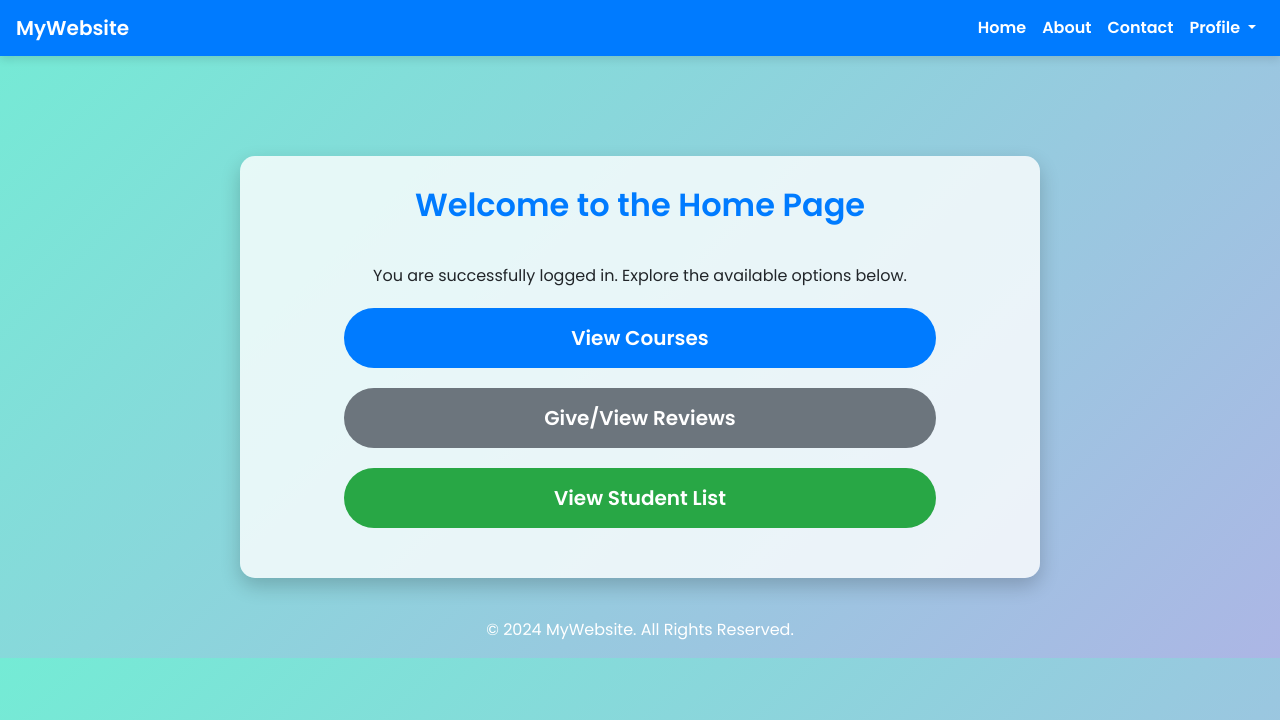
Repository: Jagadeesh5242/ERP
Page: http://localhost/home
An editor plug-in stored every save of this project. The page is shown before and after the next save, followed by the edit.
The browser window is 1280 px wide. The pictures show the whole page.
Some web libraries are served in a nearby version. The page is this project's Thymeleaf template; nobody is signed in. The template is opened directly, without the code that normally fills it, so the values that code supplies are empty.

Above is the page before, as saved 2024-09-25 05:41:27.

### Student-Database-Management-System-using-JAVA-Spring-Boot-master/src/main/resources/templates/home.html
<!DOCTYPE html>
<html lang="en" xmlns:th="http://www.thymeleaf.org">

<head>
    <meta charset="UTF-8">
    <meta name="viewport" content="width=device-width, initial-scale=1.0">
    <title>Home</title>
    <link rel="stylesheet" href="https://stackpath.bootstrapcdn.com/bootstrap/4.2.1/css/bootstrap.min.css"
        integrity="sha384-GJzZqFGwb1QTTN6wy59ffF1BuGJpLSa9DkKMp0DgiMDm4iYMj70gZWKYbI706tWS" crossorigin="anonymous">

    <!-- Google Fonts -->
    <link href="https://fonts.googleapis.com/css2?family=Poppins:wght@400;600&display=swap" rel="stylesheet">

    <style>
        body {
            background: linear-gradient(135deg, #74ebd5, #ACB6E5);
            font-family: 'Poppins', sans-serif;
        }

        .navbar {
            background-color: #007bff;
            box-shadow: 0 4px 8px rgba(0, 0, 0, 0.1);
        }

        .navbar-brand,
        .nav-link {
            color: #fff !important;
            font-weight: 600;
        }

        .navbar-brand:hover,
        .nav-link:hover {
            color: #f1f1f1 !important;
        }

        .container {
            margin-top: 100px;
            max-width: 800px;
            background-color: rgba(255, 255, 255, 0.8);
            border-radius: 15px;
            padding: 30px;
            box-shadow: 0 8px 20px rgba(0, 0, 0, 0.2);
            text-align: center;
        }

        h2 {
            color: #007bff;
            margin-bottom: 40px;
            font-weight: 600;
        }

        .btn-custom {
            display: block;
            width: 80%;
            margin: 20px auto;
            padding: 15px;
            font-size: 20px;
            border-radius: 50px;
            font-weight: 600;
            transition: background 0.3s ease;
        }

        .btn-custom:hover {
            background-color: #0056b3 !important;
            color: #fff !important;
        }

        .btn-primary {
            background-color: #007bff;
            border: none;
        }

        .btn-secondary {
            background-color: #6c757d;
            border: none;
        }

        .btn-success {
            background-color: #28a745;
            border: none;
        }

        .footer {
            margin-top: 40px;
            color: #fff;
        }

        .dropdown-menu {
            background-color: #f8f9fa;
            border-radius: 5px;
            box-shadow: 0 4px 8px rgba(0, 0, 0, 0.1);
        }

        .dropdown-item {
            color: #007bff;
            font-weight: 500;
        }

        .dropdown-item:hover {
            background-color: #e9ecef;
            color: #0056b3;
        }
    </style>
</head>

<body>

    <!-- Navbar -->
    <nav class="navbar navbar-expand-lg navbar-dark">
        <a class="navbar-brand" href="#">MyWebsite</a>
        <button class="navbar-toggler" type="button" data-toggle="collapse" data-target="#navbarNav"
            aria-controls="navbarNav" aria-expanded="false" aria-label="Toggle navigation">
            <span class="navbar-toggler-icon"></span>
        </button>
        <div class="collapse navbar-collapse justify-content-end" id="navbarNav">
            <ul class="navbar-nav">
                <li class="nav-item active">
                    <a class="nav-link" href="#">Home</a>
                </li>
                <li class="nav-item">
                    <a class="nav-link" href="#">About</a>
                </li>
                <li class="nav-item">
                    <a class="nav-link" href="#">Contact</a>
                </li>

                <!-- Profile Dropdown -->
                <li class="nav-item dropdown">
                    <a class="nav-link dropdown-toggle" href="#" id="profileDropdown" role="button"
                        data-toggle="dropdown" aria-haspopup="true" aria-expanded="false">
                        Profile
                    </a>
                    <div class="dropdown-menu dropdown-menu-right" aria-labelledby="profileDropdown">
                        <a class="dropdown-item" th:href="@{/profile}">View Profile</a>
                        <div class="dropdown-divider"></div>
                        <a class="dropdown-item" th:href="@{/}">Logout</a>
                    </div>
                </li>
            </ul>
        </div>
    </nav>

    <!-- Main Content -->
    <div class="container">
        <h2>Welcome to the Home Page</h2>
        <p>You are successfully logged in. Explore the available options below.</p>

        <a th:href="@{/courses}" class="btn btn-primary btn-custom">View Courses</a>
        <a th:href="@{/reviews}" class="btn btn-secondary btn-custom">Give/View Reviews</a>
        <a th:href="@{/students}" class="btn btn-success btn-custom">View Student List</a>
    </div>

    <!-- Footer -->
    <footer class="footer text-center">
        <p>&copy; 2024 MyWebsite. All Rights Reserved.</p>
    </footer>

    <!-- Optional JavaScript -->
    <!-- jQuery first, then Popper.js, then Bootstrap JS -->
    <script src="https://code.jquery.com/jquery-3.3.1.min.js"></script>
    <script src="https://cdnjs.cloudflare.com/ajax/libs/popper.js/1.14.6/umd/popper.min.js"></script>
    <script src="https://stackpath.bootstrapcdn.com/bootstrap/4.2.1/js/bootstrap.min.js"></script>
</body>

</html>

After the next save:
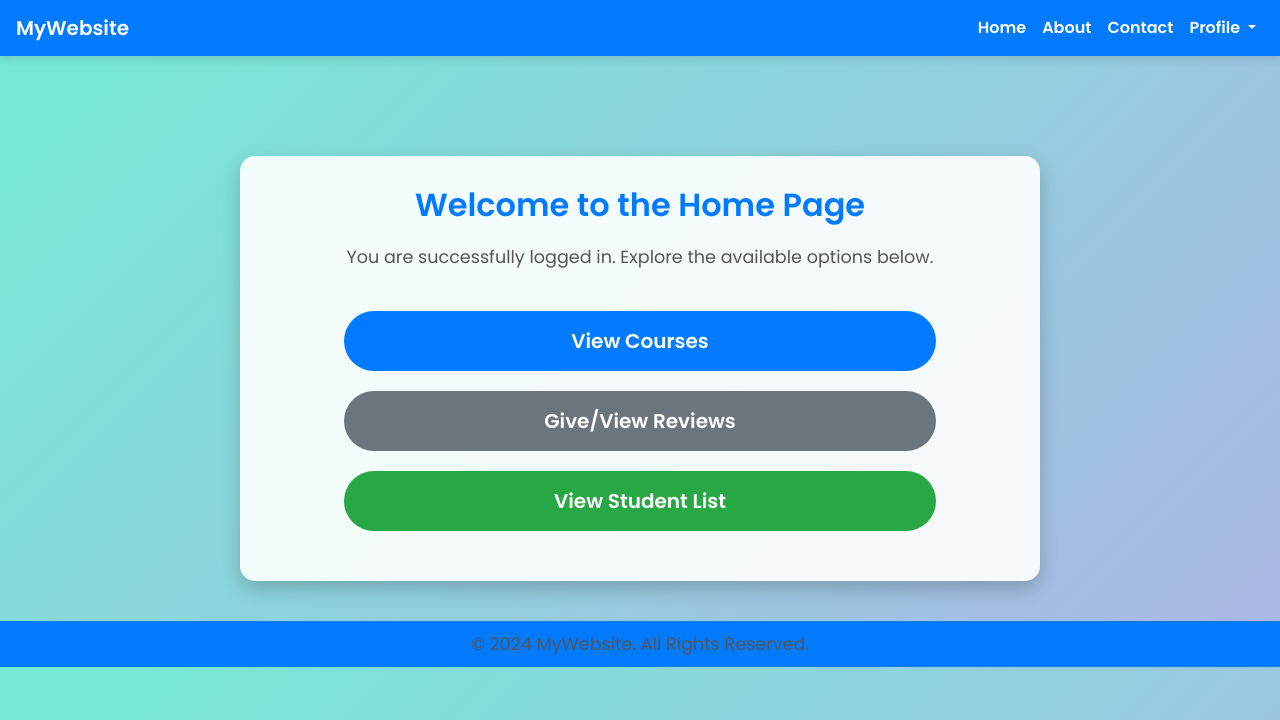
Saved 34 s later.
--- a/Student-Database-Management-System-using-JAVA-Spring-Boot-master/src/main/resources/templates/home.html
+++ b/Student-Database-Management-System-using-JAVA-Spring-Boot-master/src/main/resources/templates/home.html
@@ -15,6 +15,7 @@
         body {
             background: linear-gradient(135deg, #74ebd5, #ACB6E5);
             font-family: 'Poppins', sans-serif;
+            color: #333;
         }
 
         .navbar {
@@ -36,17 +37,28 @@
         .container {
             margin-top: 100px;
             max-width: 800px;
-            background-color: rgba(255, 255, 255, 0.8);
+            background-color: rgba(255, 255, 255, 0.9);
             border-radius: 15px;
             padding: 30px;
             box-shadow: 0 8px 20px rgba(0, 0, 0, 0.2);
             text-align: center;
+            transition: transform 0.3s;
+        }
+
+        .container:hover {
+            transform: scale(1.02);
         }
 
         h2 {
             color: #007bff;
+            margin-bottom: 20px;
+            font-weight: 600;
+        }
+
+        p {
             margin-bottom: 40px;
-            font-weight: 600;
+            font-size: 1.1rem;
+            color: #555;
         }
 
         .btn-custom {
@@ -57,12 +69,11 @@
             font-size: 20px;
             border-radius: 50px;
             font-weight: 600;
-            transition: background 0.3s ease;
+            transition: background 0.3s ease, transform 0.3s ease;
         }
 
         .btn-custom:hover {
-            background-color: #0056b3 !important;
-            color: #fff !important;
+            transform: translateY(-2px);
         }
 
         .btn-primary {
@@ -82,7 +93,13 @@
 
         .footer {
             margin-top: 40px;
+            background-color: #007bff;
             color: #fff;
+            padding: 10px 0;
+        }
+
+        .footer p {
+            margin: 0;
         }
 
         .dropdown-menu {
